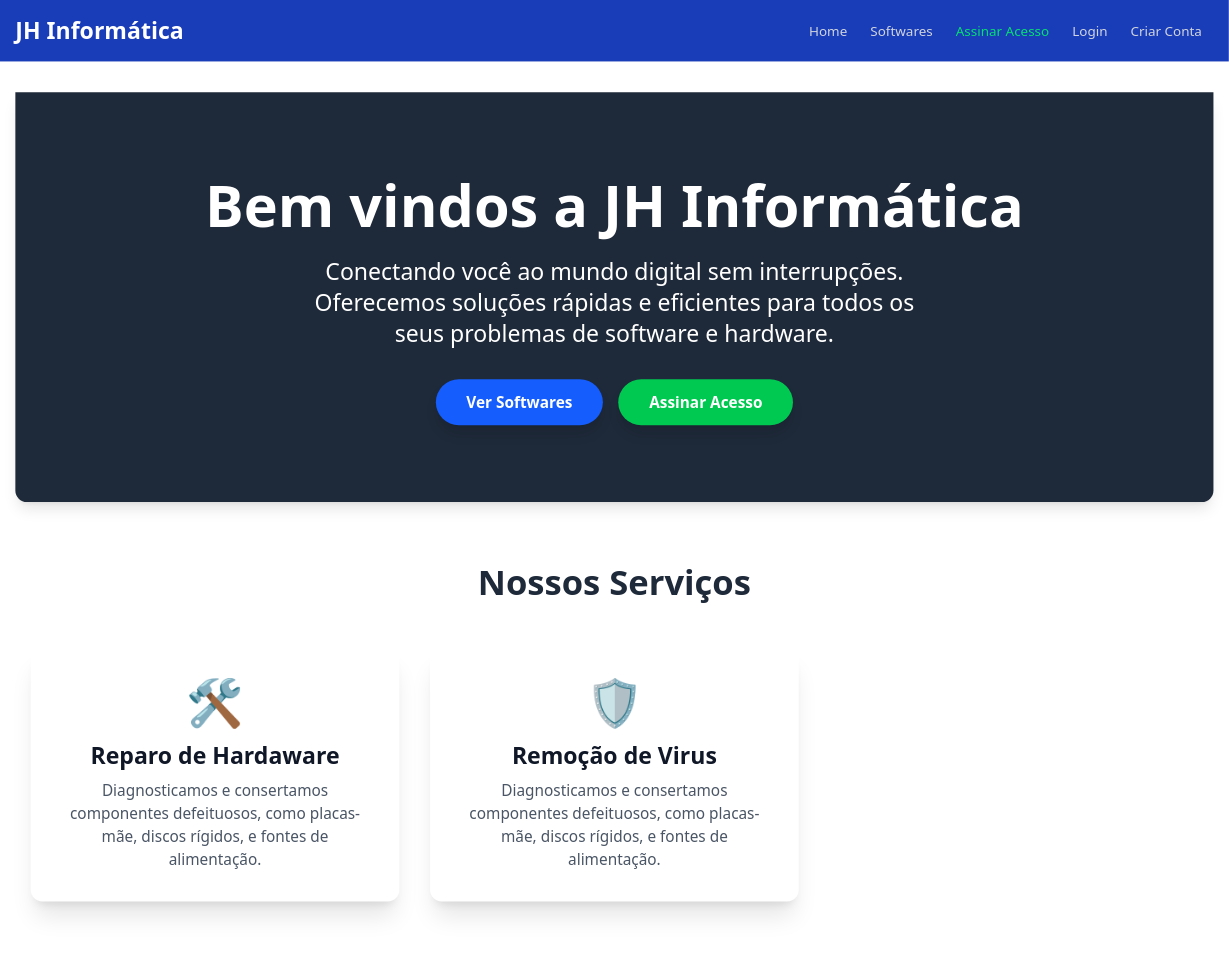
Repository: estevam02009/jh-info
Page: / (app in frontend/)
An editor plug-in stored every save of this project. The page is shown before and after the next save, followed by the edit.
The browser window is 1280 px wide. The pictures show the whole page, at 96% of full size.
The project was rebuilt for these pictures with package versions that can differ from the ones it lists, and the page was loaded fresh each time. Also part of the build but not shown: frontend/src/pages/Login.jsx, frontend/src/pages/Register.jsx, frontend/src/pages/Dashboard.jsx, frontend/src/components/ProtectedRoute.jsx, frontend/src/pages/SoftwareList.jsx, frontend/src/pages/SoftwareDetails.jsx, frontend/src/pages/SoftwareManagement.jsx, frontend/src/pages/PaymentPage.jsx and 1 more.

Above is the page before, as saved 2025-07-13 11:26:45.

After the next save:
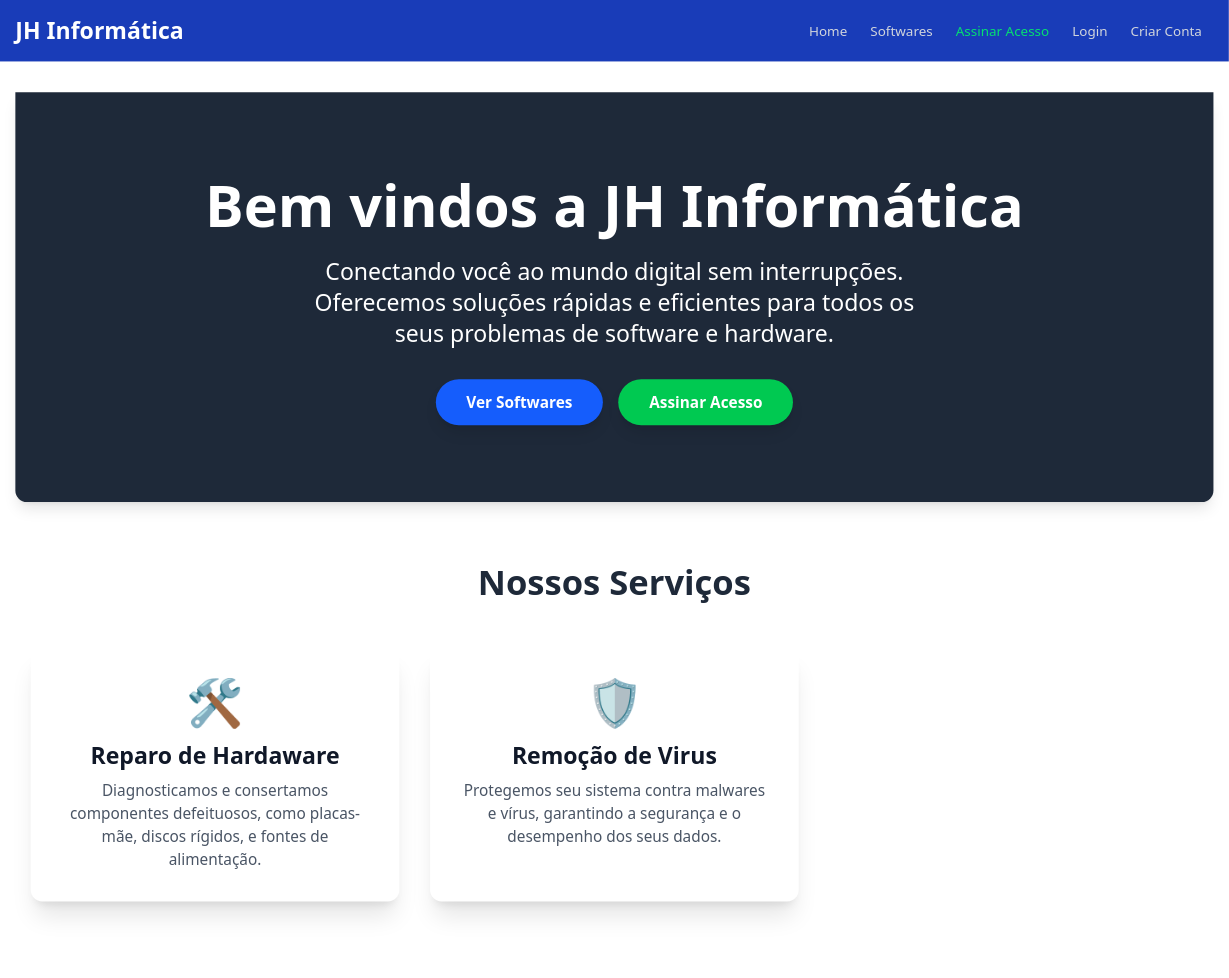
Saved 22 s later.
--- a/frontend/src/pages/Home.jsx
+++ b/frontend/src/pages/Home.jsx
@@ -48,7 +48,7 @@ const Home = () => {
                         <div className='text-5xl text-blue-600 mb-4'>🛡️</div>
                         <h3 className='text-2xl font-semibold text-gray-900 mb-2'>Remoção de Virus</h3>
                         <p className='text-gray-600'>
-                            Diagnosticamos e consertamos componentes defeituosos, como placas-mãe, discos rígidos, e fontes de alimentação.
+                            Protegemos seu sistema contra malwares e vírus, garantindo a segurança e o desempenho dos seus dados.
                         </p>
                     </div>
                 </div>
